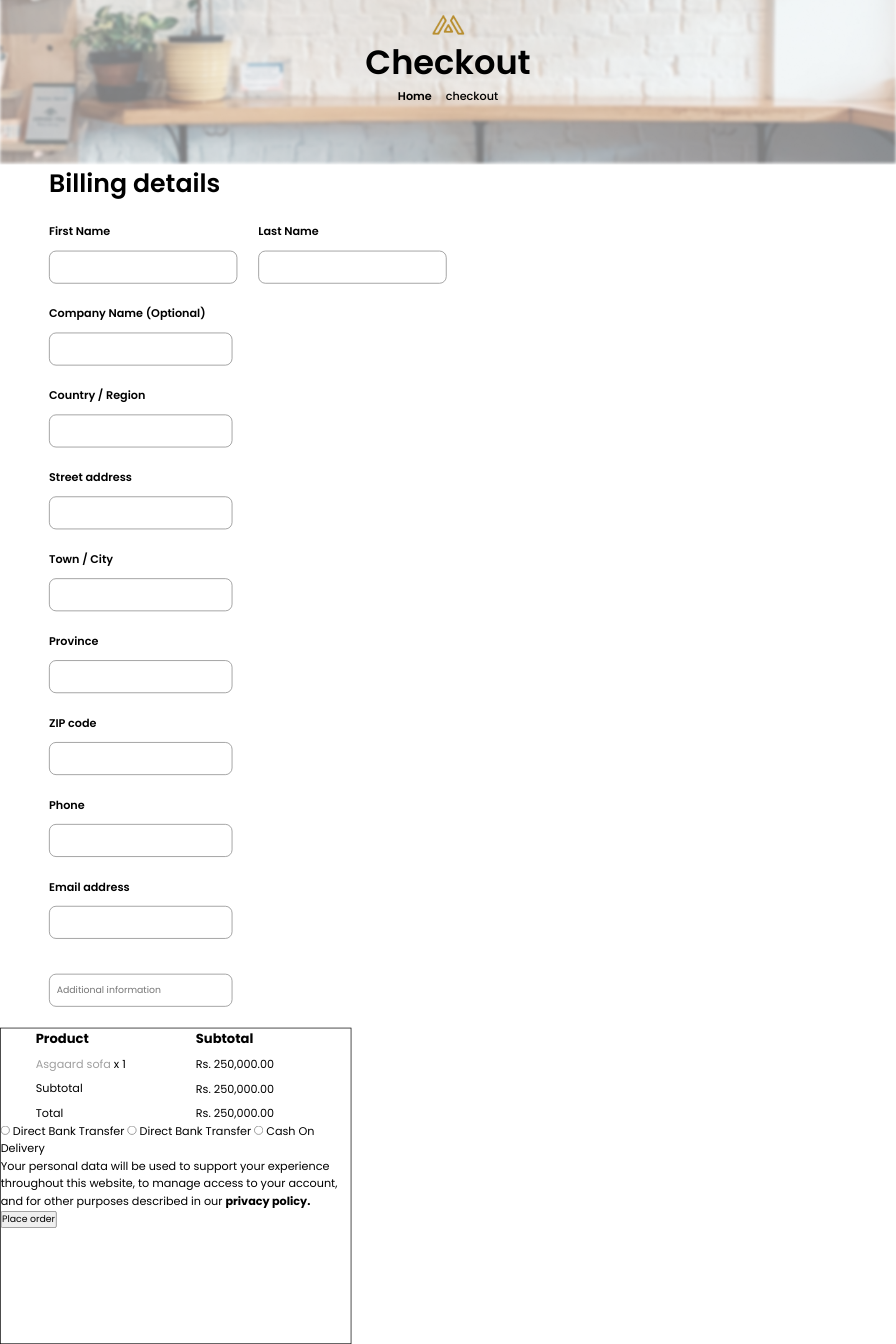
Repository: DT2301/project
Page: checkout.html
An editor plug-in stored every save of this project. The page is shown before and after the next save, followed by the edit.
The browser window is 1280 px wide. The pictures show the part of the page from y = 153 to 2073 px (the page is 2073 px tall), at 70% of full size.
A picture or video elsewhere on the page could not be fetched, so the positions and the page height are approximate.

Above is the page before, as saved 2024-01-08 12:00:38.

### checkout.html
<!DOCTYPE html>
<html lang="en">

<head>
    <meta charset="UTF-8">
    <meta name="viewport" content="width=device-width, initial-scale=1.0">
    <title>Document</title>
    <link rel="preconnect" href="https://fonts.googleapis.com">
    <link rel="preconnect" href="https://fonts.gstatic.com" crossorigin>
    <link
        href="https://fonts.googleapis.com/css2?family=Poppins:ital,wght@0,400;0,500;0,600;0,700;1,400;1,600;1,700&display=swap"
        rel="stylesheet">
    <link rel="stylesheet" href="checkout.css">
</head>

<body>
    <header>
        <div class="sidebar">
            <div class="logo">
                <a href=""> <img srcset="./image/logox2.png 2x" alt=""></a>
            </div>
            <ul class="sidebar__menu--center">
                <li class="menu menu--home">
                    <a href="#">Home</a>
                </li>
                <li class="menu menu--shop">
                    <a href="#">Shop</a>
                </li>
                <li class="menu menu--about">
                    <a href="#">About</a>
                </li>
                <li class="menu menu--contact">
                    <a href="#">Contact</a>
                </li>
            </ul>
            <ul class="sidebar__menu--icon">
                <li class="menu menu--user">
                    <a href="#">
                        <span>
                            <ion-icon name="person-outline"></ion-icon>
                        </span>
                    </a>
                </li>
                <li class="menu menu--search">
                    <a href="#">
                        <span>
                            <ion-icon name="search-outline"></ion-icon>
                        </span>
                    </a>
                </li>
                <li class="menu menu--heart">
                    <a href="#">
                        <span>
                            <ion-icon name="heart-outline"></ion-icon>
                        </span>
                    </a>
                </li>
                <li class="menu menu--cart">
                    <a href="#">
                        <span>
                            <ion-icon name="cart-outline"></ion-icon>
                        </span>
                    </a>
                </li>
            </ul>
        </div>
        <div class="background_cart">
            <div class="cart_infor">
                <img srcset="./image/logoFontx2.png 2x" alt="">
                <h3>Checkout</h3>
                <div>
                    <span>Home</span>
                    <ion-icon name="chevron-forward-outline"></ion-icon>
                    <span>checkout</span>
                </div>
            </div>
        </div>
    </header>

    <main>
        <div class="billingdetail">
            <h2>Billing details</h2>
            <div class="input input_name">
                <div>
                    <label>First Name</label>
                    <input type="text">
                </div>
                <div>
                    <label>Last Name</label>
                    <input type="text">
                </div>
            </div>
            <div class="input ">
                <label>Company Name (Optional)</label>
                <input type="text">
            </div>
            <div class="input ">
                <label>Country / Region</label>
                <input type="text">
            </div>
            <div class="input ">
                <label>Street address</label>
                <input type="text">
            </div>
            <div class="input ">
                <label>Town / City</label>
                <input type="text">
            </div>
            <div class="input ">
                <label>Province</label>
                <input type="text">
            </div>
            <div class="input ">
                <label>ZIP code</label>
                <input type="number">
            </div>
            <div class="input ">
                <label>Phone</label>
                <input type="number">
            </div>
            <div class="input ">
                <label>Email address</label>
                <input type="email">
            </div>
            <div class="input ">
                <input type="text" placeholder="Additional information">
            </div>
        </div>

        <div class="checkout">
            <div class="placeorder">
                <div class="product_checkout">
                    <h3>Product</h3>
                    <span>Asgaard sofa <label> x 1 </label> </span>
                    <span>Subtotal</span>
                    <span>Total</span>
                </div>
                <div class="subtotal_checkout">
                    <h3>Subtotal</h3>
                    <span>Rs. 250,000.00</span>
                    <span>Rs. 250,000.00</span>
                    <span id="total">Rs. 250,000.00</span>
                </div>
            </div>
            <div>
                <span>
                    <input type="radio" name="" id="">
                    <label>Direct Bank Transfer</label>
                </span>
                <span>
                    <input type="radio" name="" id="">
                    <label>Direct Bank Transfer</label>
                </span>
                <span>
                    <input type="radio" name="" id="">
                    <label>Cash On Delivery</label>
                </span>
            </div>
            <p>Your personal data will be used to support your experience throughout this website, to manage access to
                your account, and for other purposes described in our <strong>privacy policy.</strong>
            </p>
            <button type="submit">Place order</button>
        </div>
    </main>
</body>

</html>

### checkout.css
* {
  padding: 0;
  margin: 0;
  font-family: "Poppins", sans-serif;
  color: black;
}

a,
ul {
  list-style: none;
  text-decoration: none;
}

.sidebar {
  display: flex;
  flex-direction: row;
  justify-content: center;
  align-items: center;
  background-color: white;
  width: 100%;
  height: 100px;
}

.logo {
  position: absolute;
  left: 50px;
}

.sidebar__menu--center {
  width: 30%;
  display: flex;
  justify-content: space-between;
  font-size: 16px;
  font-weight: 500;
  line-height: 24px;
}

.sidebar__menu--icon {
  display: flex;
  width: 15%;
  position: absolute;
  justify-content: space-between;
  right: 70px;
  font-size: 25px;
}

.background_cart {
  background-image: url(./image/background_cart.png);
  width: 100%;
  height: 18rem;
  background-size: cover;
}

.cart_infor img {
  width: 77px;
  height: 77px;
}

.cart_infor {
  display: flex;
  flex-direction: column;
  justify-content: center;
  align-items: center;
  padding-top: 50px;
}

.cart_infor h3 {
  margin-top: -20px;
  font-size: 48px;
  font-weight: 600;
  line-height: 72px;
  text-align: left;
}

.cart_infor div {
  display: flex;
  flex-direction: row;
  align-items: center;
}

.cart_infor ion-icon {
  margin-right: 10px;
  margin-left: 10px;
}

.cart_infor span {
  font-size: 16px;
  font-weight: 600;
  line-height: 24px;
  text-align: left;
}

.cart_infor span:last-child {
  font-weight: 500;
}

.billingdetail {
  display: flex;
  flex-direction: column;
  width: 610px;
  margin-left: 70px;
}

.billingdetail h2 {
  font-size: 36px;
  font-weight: 600;
  line-height: 54px;
  text-align: left;
  margin-bottom: 30px;
}

.billingdetail label {
  font-size: 16px;
  font-weight: 600;
  line-height: 24px;
  text-align: left;
  color: #000000;
}

.billingdetail .input_name {
  display: flex;
  flex-direction: row;
}

.billingdetail .input_name div {
  display: flex;
  flex-direction: column;
  margin-right: 30px;
}

.billingdetail .input_name div > input {
  height: 45px;
  border-radius: 10px;
  border: 1px solid grey;
  margin-top: 15px;
}

.billingdetail .input:not(:first-child) > input {
  width: 250px;
  height: 45px;
  border-radius: 10px;
  border: 1px solid grey;
  display: flex;
  margin-top: 15px;
  flex-direction: column;
}

.billingdetail > .input {
  margin-bottom: 30px;
}

.billingdetail .input:last-child > input {
  margin-top: 20px;
}

.billingdetail input {
  padding-left: 10px;
}

.checkout {
  border: 1px solid black;
  width: 500px;
  height: 450px;
}

.checkout .placeorder {
  display: flex;
  flex-direction: row;
}

.checkout .placeorder div {
  display: flex;
  flex-direction: column;
}

.checkout .placeorder .product_checkout {
  margin-right: 100px;
  margin-left: 50px;
}

.checkout .placeorder .product_checkout > span:nth-child(2) {
  font-size: 16px;
  font-weight: 400;
  line-height: 24px;
  text-align: left;
  color: #9f9f9f;
}

.checkout .placeorder span {
  margin-top: 10px;
}

.checkout .placeorder .subtotal_checkout  span:last-child() {
  font-size: 24px;
  font-weight: 700;
  line-height: 36px;
  text-align: left;
  color: #b88e2f;
}

After the next save:
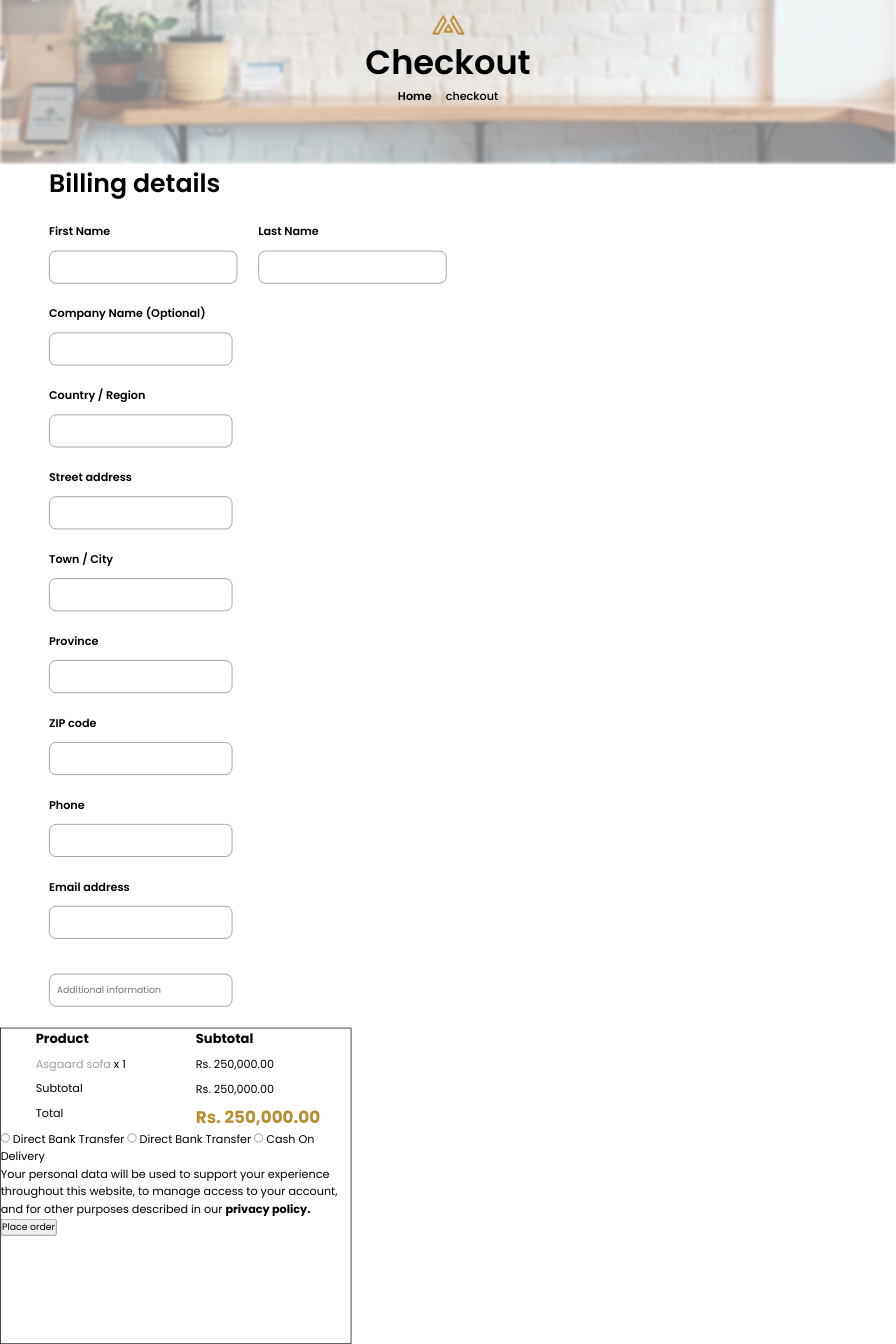
Saved 11 s later.
--- a/checkout.css
+++ b/checkout.css
@@ -190,7 +190,7 @@ ul {
   margin-top: 10px;
 }
 
-.checkout .placeorder .subtotal_checkout  span:last-child() {
+.checkout .placeorder .subtotal_checkout #total {
   font-size: 24px;
   font-weight: 700;
   line-height: 36px;
